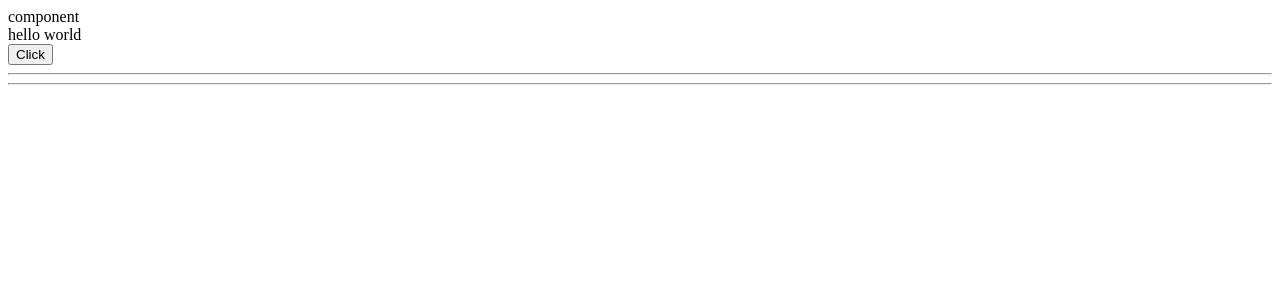
Repository: RyuGeunHwan/code_J
Page: Vuejs/22-08-10 vuejs Vue컴포넌트.html
The author's editor kept a copy of each file at every save. The page is drawn from the files as they stood at one save, then again after the next save.
The browser window is 1280 px wide. The pictures show the whole page.

Above is the page before, as saved 2022-08-10 14:05:21.

### Vuejs/22-08-10 vuejs Vue컴포넌트.html
<!DOCTYPE html>
<html lang="en">
<head>
    <meta charset="UTF-8">
    <meta http-equiv="X-UA-Compatible" content="IE=edge">
    <meta name="viewport" content="width=device-width, initial-scale=1.0">
    <title>Vue 컴포넌트 전역등록 방법 및 사용</title>
    <script src="https://cdn.jsdelivr.net/npm/vue/dist/vue.js"></script>
</head>
<body>
    <div id="app">
        <!-- {{name}} <br>
         button을 누르게 되면 #app-1의 name인 app-1이 app updated로 바뀌게된다. Vue인스턴스를 변수에 넣어서 사용하였기 때문에.
        <button @click="changeText">Click</button> -->
        <!-- component의 사용은 설정해주었던 이름을 태그로 사용해주면 된다. -->
        <kossie-button></kossie-button>
    </div>
    <hr><hr>


    <!-- <div id="app-1"> -->
        <!-- {{name}} <br>
        <button @click="changeText">Click</button> -->
    <!-- </div>
    <kossie-button></kossie-button>
    </div> -->


    <script>
        //vue인스턴스가 생성되기전에 Vue.component생성
        Vue.component('hello-world',{
            template:`<div>hello world</div>`
        })
        // 완성된 component는 전역으로 등록이 된것이다.
        Vue.component('kossie-button',{
            //template안에는 html태그가 들어가게된다.
            template:
            //template는 하나의 태그안에 모든 콘텐츠들이 있어야한다는 vue의 규칙이 있다.
            `
            <div>
                {{name}} <br>
                <hello-world></hello-world>
                <button @click="changeText">Click</button>
            </div>
            `,

            //컴포넌트 만들때 함수를 만들어서 Object를 return 해주면 된다.
            data(){
                return{
                    name: 'component'
                }
            },
            methods:{
                changeText(){
                    this.name = 'app updated'
               }
            }
        });

        const KossieButton = {
            template:
            `
            <div>
                {{name}} <br>
                <hello-world></hello-world>
                <button @click="changeText">Click</button>
            </div>
            `,
            data(){
                return{
                    name: 'component'
                }
            },
            methods:{
                changeText(){
                    this.name = 'app updated'
               }
            }
        }

        const app = new Vue({
            el: '#app',
            component: {
                'kossie-button' : KossieButton
            }
            // data:{
            //   name: 'app'
            // },
            // methods:{
            //     changeText(){
            //         this.name = 'app updated'
            //    }
            // }
        })

       const app1 = new Vue({
            el: '#app-1',
    //         // data:{
    //         //   name: 'app-1'
    //         // },
    //         // methods:{
    //         //    changeText(){
    //         //         this.name = 'app-1 updated'
    //         //    }
    //         // }
        })
    </script>
</body>
</html>

After the next save:
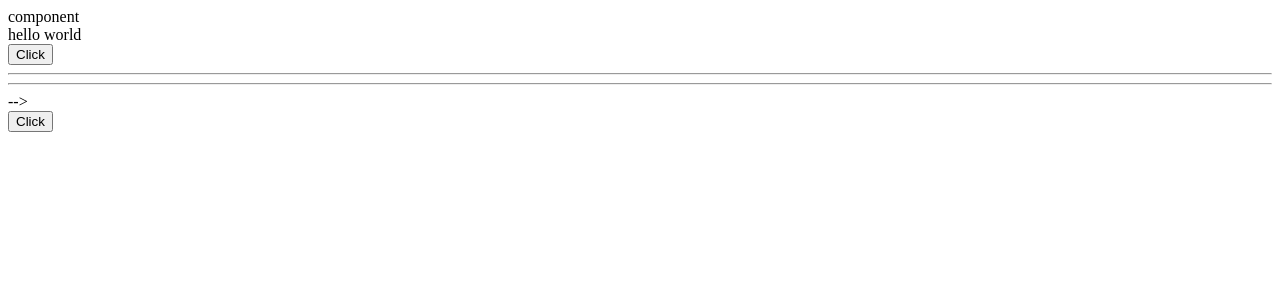
Saved 104 s later.
--- a/Vuejs/22-08-10 vuejs Vue컴포넌트.html
+++ b/Vuejs/22-08-10 vuejs Vue컴포넌트.html
@@ -18,12 +18,12 @@
     <hr><hr>
 
 
-    <!-- <div id="app-1"> -->
-        <!-- {{name}} <br>
-        <button @click="changeText">Click</button> -->
-    <!-- </div>
+    <div id="app-1"> -->
+       {{name}} <br>
+        <button @click="changeText">Click</button>
+    </div>
     <kossie-button></kossie-button>
-    </div> -->
+    </div>
 
 
     <script>

After the 2 saves that followed:
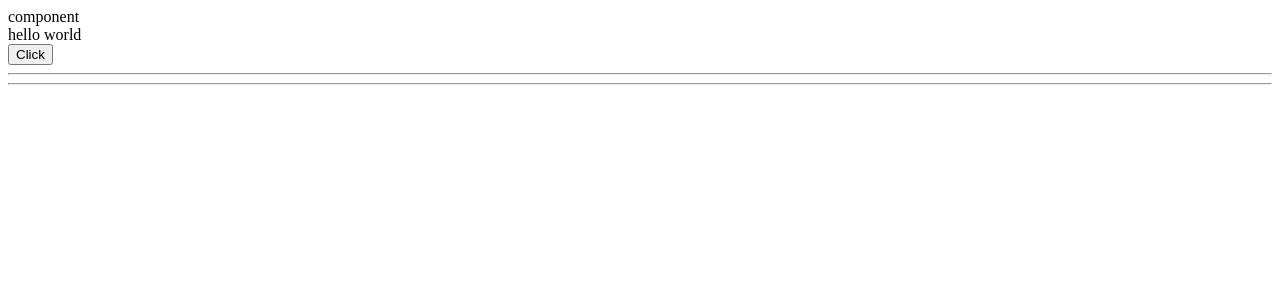
The 2 saves are shown as one change because 1 left the picture as it was.
The last was saved 3 min 3 s later.
--- a/Vuejs/22-08-10 vuejs Vue컴포넌트.html
+++ b/Vuejs/22-08-10 vuejs Vue컴포넌트.html
@@ -18,12 +18,12 @@
     <hr><hr>
 
 
-    <div id="app-1"> -->
+    <!-- <div id="app-1">
        {{name}} <br>
         <button @click="changeText">Click</button>
     </div>
     <kossie-button></kossie-button>
-    </div>
+    </div> -->
 
 
     <script>
@@ -31,7 +31,9 @@
         Vue.component('hello-world',{
             template:`<div>hello world</div>`
         })
-        // 완성된 component는 전역으로 등록이 된것이다.
+
+
+        // 전역 컴포넌트 등록(어떤 vue인스턴스에서도 사용가능)
         Vue.component('kossie-button',{
             //template안에는 html태그가 들어가게된다.
             template:
@@ -57,6 +59,8 @@
             }
         });
 
+
+        //지역 컴포넌트 등록
         const KossieButton = {
             template:
             `
